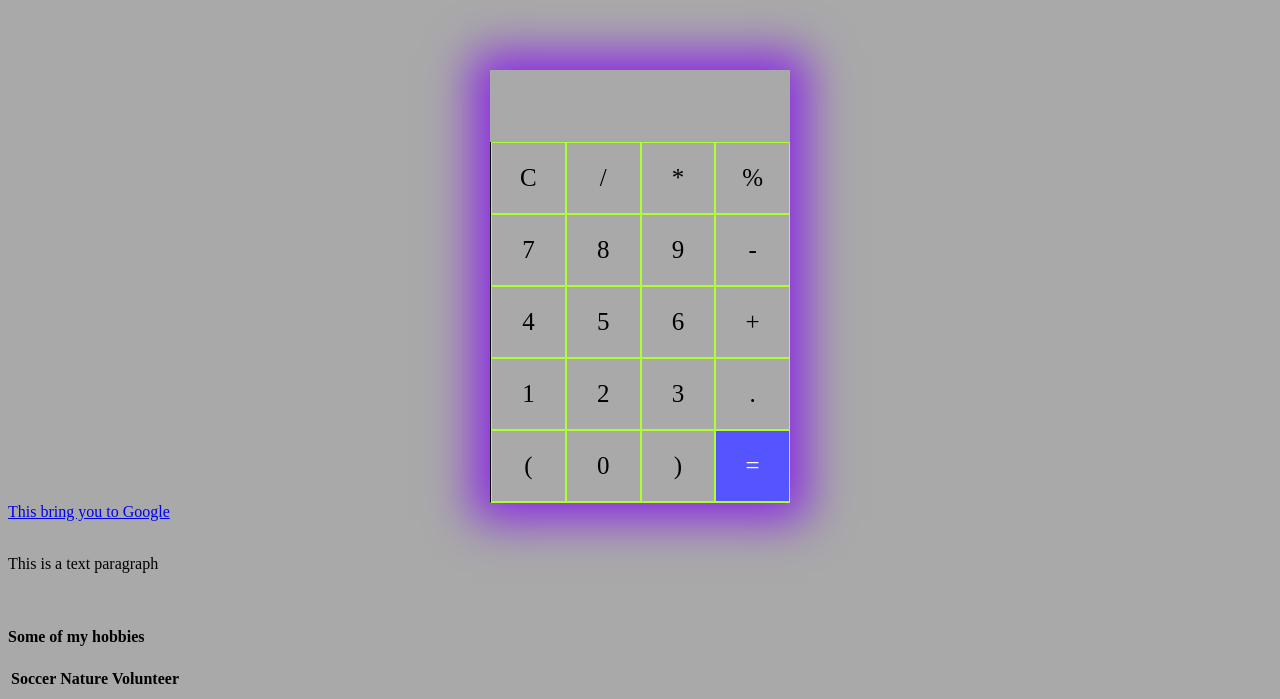
Repository: EX-Salesforce-Training/squad-repo-hapsburg-hopefuls
Page: squad-repo-hapsburg-hopefuls/abouteYao.html
These files come from the project's save history. The page is drawn as it stood at one moment and after the next save; the edit follows.
The browser window is 1280 px wide. The pictures show the part of the page from y = 541 to 1240 px (the page is 1240 px tall).
A picture or video elsewhere on the page could not be fetched, so the positions and the page height are approximate.

Above is the page before, as saved 2021-11-27 10:18:04.

After the next save:
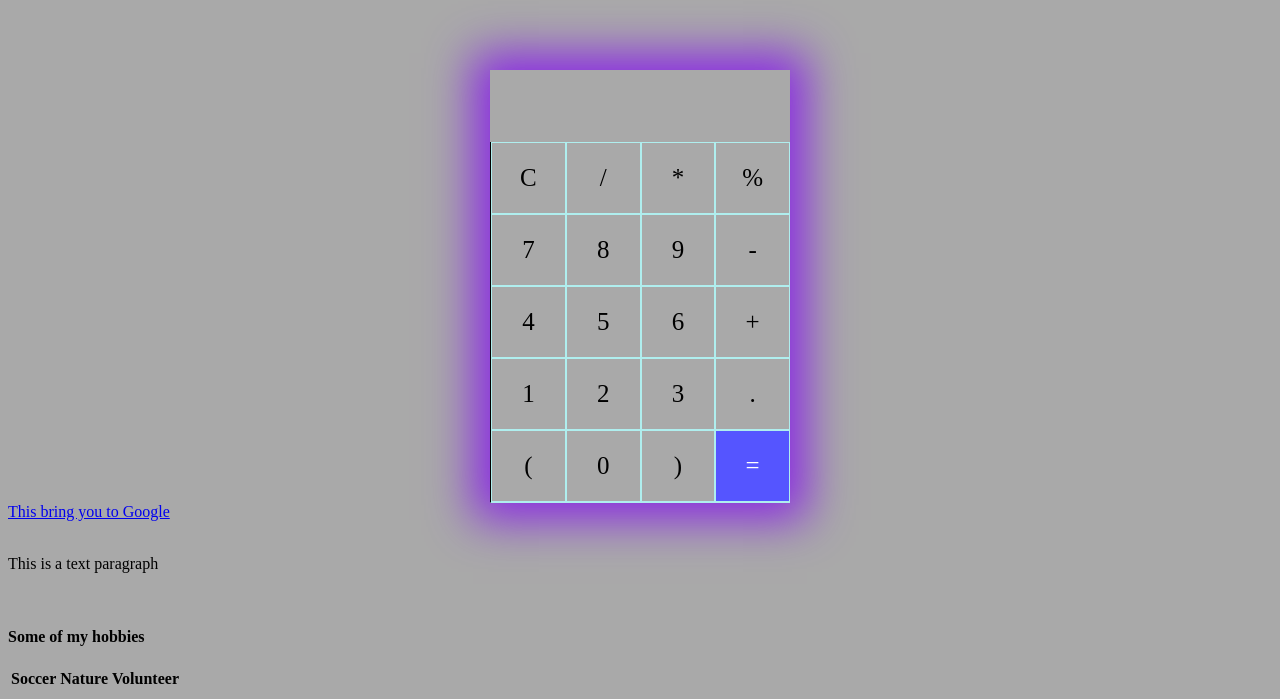
Saved 119 s later.
--- a/squad-repo-hapsburg-hopefuls/abouteYao.css
+++ b/squad-repo-hapsburg-hopefuls/abouteYao.css
@@ -12,16 +12,16 @@
     }
     .buttons {
     display: grid;
-    border-bottom: 1px solid greenyellow;
+    border-bottom: 1px solid paleturquoise;
     border-left: 1px solid black;
     grid-template-columns: 1fr 1fr 1fr 1fr;
     }
     .buttons div {
-    Border-top: 1px solid greenyellow;
-    Border-right: 1px solid greenyellow;
+    Border-top: 1px solid paleturquoise;
+    Border-right: 1px solid paleturquoise;
     }
     .button {
-    Border: 0.5px solid greenyellow;
+    Border: 0.5px solid paleturquoise;
     Line-height: 70px;
     Text-align: center;
     Font-size: 25px;
